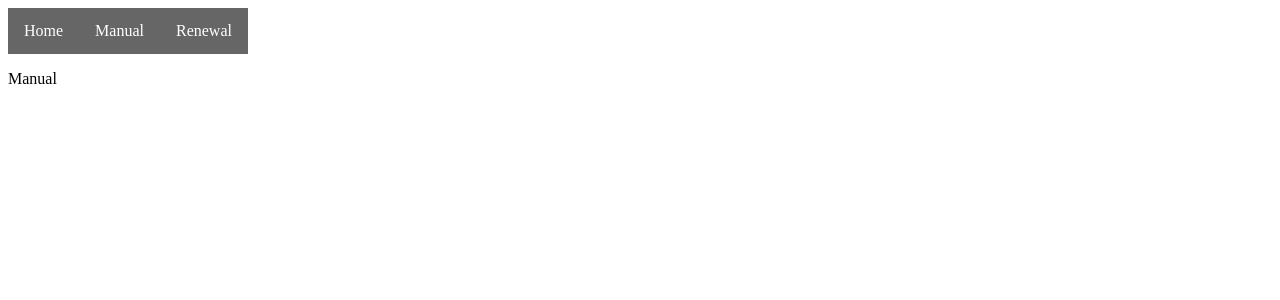
Repository: muesinga/ticketoffice-dot-info
Page: guides/manual.html
An editor plug-in stored every save of this project. The page is shown before and after the next save, followed by the edit.
The browser window is 1280 px wide. The pictures show the whole page.

Above is the page before, as saved 2022-06-07 15:05:42.
Console error: TypeError: Cannot read properties of null (reading 'getElementsByClassName')

### guides/manual.html
<!DOCTYPE html>
<html>
<head>
    <link rel="stylesheet" href="/style/style.css">
    <link rel="import" href="/components/nav.html">
    <script src="/src/nav.js" deferd></script>
    <script src="/src/index.js" defer></script>
</head>
<body>
    <script id="replace_with_navbar" src="index.js"></script>
<p>
    Manual
</p>

</body>
</html>

### style/style.css
#navlink-container {
  list-style-type: none;
  margin: 0;
  padding: 0;
  overflow: hidden;
  /* background-color: #38444d; */
}
.navlink {
  border: none;
  outline: none;
  padding: 14px 16px;
  background-color: #666;
  text-decoration: none;
  display: block;
  color: white;
  float: left;
}

.active, .navlink:hover, .dropdown:hover {
  background-color: #888;
  color: white;
}

.dropbtn {
  display: inline-block;
  color: white;
  text-align: center;
  padding: 14px 16px;
  text-decoration: none;

}

li.dropdown {
  display: inline-block;
}

.dropdown-content {
  display: none;
  position: absolute;
  background-color: #f9f9f9;
  min-width: 160px;
  box-shadow: 0px 8px 16px 0px rgba(0,0,0,0.2);
  z-index: 1;
}

.dropdown-content a {
  color: black;
  padding: 12px 16px;
  text-decoration: none;
  display: block;
  text-align: left;
}

.dropdown-content a:hover {background-color: #f1f1f1;}

.dropdown:hover .dropdown-content {
  display: block;
}

### src/nav.js
fetch('/components/nav.html')
.then(res => res.text())
.then(text => {
    let oldelem = document.querySelector("script#replace_with_navbar");
    let newelem = document.createElement("div");
    newelem.innerHTML = text;
    oldelem.parentNode.replaceChild(newelem,oldelem);
})

### src/index.js
var navlinkContainer = document.getElementById("navlink-container")
var navlinks = navlinkContainer.getElementsByClassName("navlink")


for (var i = 0; i < navlinks.length; i++) {
    navlinks[i].addEventListener("click", function() {
        var current = document.getElementsByClassName("active");
        current[0].className = current[0].className,replace("active", "");
        this.className += "active";
    });
}

### components/nav.html
<nav>
    <ul id="navlink-container">
        <li><a class="navlink" href="../index.html">Home</a></li>
        <li><a class="navlink" href="../guides/manual.html">Manual</a></li>
        <li><a class="navlink" href="../guides/renewal.html">Renewal</a></li>
        <li class="dropdown">
        <a href="javascript:void(0)" class="dropbtn">Guides</a>
        <div class="dropdown-content">
            <a href="../guides/manual.html">Manual</a>
            <a href="../guides/renewal.html">Renewal</a>
        </div>
        </li>
    </ul>
</nav>

After the next save:
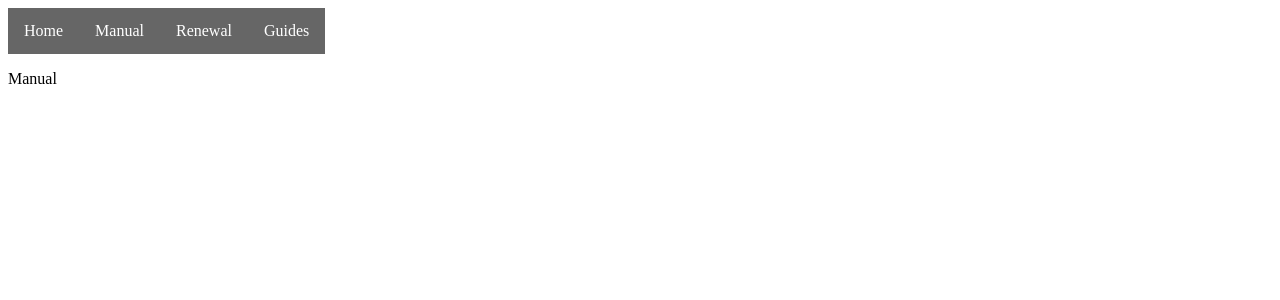
Saved 16 s later.
--- a/style/style.css
+++ b/style/style.css
@@ -27,7 +27,7 @@
   text-align: center;
   padding: 14px 16px;
   text-decoration: none;
-
+  background-color: #666;
 }
 
 li.dropdown {
